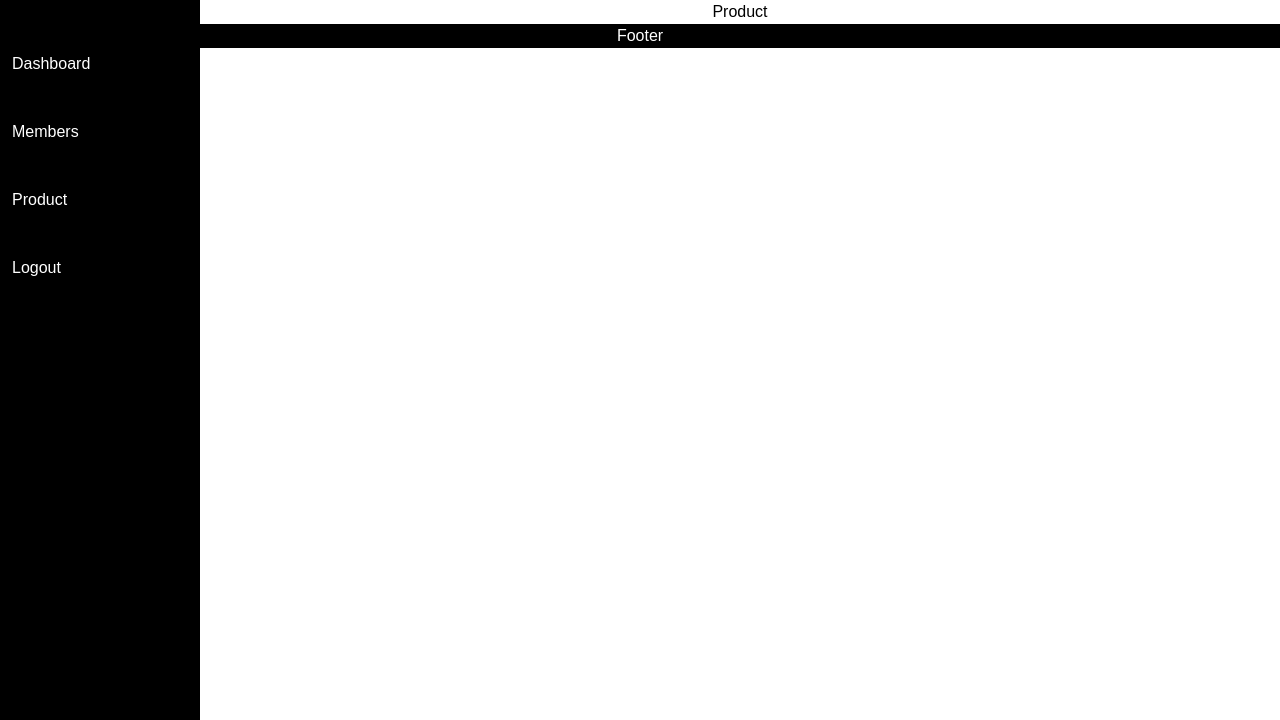
Repository: Eugene44-hub/SHRGroup46-capstone
Page: /product
The author's editor kept a copy of each file at every save. The page is drawn from the files as they stood at one save, then again after the next save.
The browser window is 1280 px wide. The pictures show the whole page.
The page's requests for data from a server got no answer. The project was rebuilt for these pictures with package versions that can differ from the ones it lists, and the page was loaded fresh each time. No one was signed in, and anything a server would have sent is missing. Also part of the build but not shown: src/pages/product/Product.module.css.

Above is the page before, as saved 2022-05-19 17:58:56.

### src/index.css
@tailwind base;
@tailwind components;
@tailwind utilities;
@import url('https://fonts.googleapis.com/css2?family=Poppins:wght@300;400;500;700&display=swap');
body {
    font-family: 'Poppins', sans-serif;
}

code {
    font-family: source-code-pro, Menlo, Monaco, Consolas, 'Courier New', monospace;
}

* {
    margin: 0;
    padding: 0;
    box-sizing: border-box;
}

@layer components {
    .tax {
        @apply text-sm font-medium
    }
    .taxPrice {
        @apply font-extralight
    }
}

### src/App.js
import React from 'react'
import { lazy, Suspense, useEffect, useState } from "react";
import { Route, Routes,BrowserRouter as Router } from "react-router-dom";
import loader from "./assests/images/loading.gif"
//read through comments on each component and pages to understand properly

// only tailwind and css modules are used in this project, any additional libraries should be told to the lead before installation

//Note: you can use normal import statement on the pages. Lazy load is for only Routing pages

// API's too have been fetched in utility folder you can import and use with the syntax below

import { fetchAllData,fetchCompanyQuantity,fetchPersonQuantity,fetchProductQuantity } from "./utilities/apis";
// fetchAllData(input endpoint here to fetch all data).then(data =>console.log(data) )
// fetchPersonQuantity(input quantity here to fetch an amount of data).then(data =>console.log(data) )
// fetchProductQuantity(input quantity here to fetch an amount of data).then(data =>console.log(data) )
// fetchCompanyQuantity(input quantity here to fetch an amount of data).then(data =>console.log(data) )

// endpoints are as follows:
// https://fakerapi.it/api/v1/products?_quantity=1
// https://fakerapi.it/api/v1/companies?_quantity=1
// https://fakerapi.it/api/v1/persons?_quantity=10
// https://fakerapi.it/api/v1/products
// https://fakerapi.it/api/v1/companies
// https://fakerapi.it/api/v1/persons

// check utilities folder for more details on the api functions

// happy coding


const Nav=lazy(()=>import('./components/nav/Nav'));
const Home=lazy(()=>import('./pages/home/Home'));
const Dashboard=lazy(()=>import('./pages/dashboard/Dashboard'))
const Members=lazy(()=>import('./pages/members/Members'))
const Product=lazy(()=>import('./pages/product/Product'))
const Login=lazy(()=>import('./pages/login/Login'))
const Footer=lazy(()=>import('./components/footer/Footer'))



const quantity = 12;

function App() {

  const[products, setProducts] = useState('')
  const [members,setMembers]=useState(null)

  useEffect(() => {
    fetchProductQuantity(quantity).then(data =>setProducts(data.data) )
    fetchAllData("https://fakerapi.it/api/v1/persons").then(data =>setMembers(data))
  }, [])

const [showNav,setShowNav]=useState(false)

const handleNav=()=>{
  setShowNav(!showNav)
}

  return (
    <div className="App">

<Suspense fallback={<div className='fixed h-full w-full flex'><img src={loader} className='m-auto' alt="" /></div>}>
  <Router>
  <Nav showNav={showNav} handleNav={handleNav}/>

    <div className='md:ml-[200px] ml-0'>
<Routes>
<Route path="/" element={<Home products={products}/>} />
<Route path="/product" element={<Product products = {products}/>} />
<Route path="/dashboard" element={<Dashboard/>} />
<Route path="/login" element={<Login/>} />
<Route path="/members" element={<Members members={members}/>} />
</Routes>
</div>
</Router>
<Footer/>
</Suspense>
    </div>
  );
}

export default App;

### src/utilities/apis.js
//this function takes in the url as an argument in string format

export const fetchAllData = async(url) => {
    const response = await fetch(url);
    const data = await response.json();
    return data;
}

//

// this part take in the quantity as an argument in integer format
export const fetchPersonQuantity = async(quantity) => {
    const response = await fetch(`https://fakerapi.it/api/v1/persons?_quantity=${quantity}`);
    const data = await response.json();
    return data;
}

export const fetchCompanyQuantity = async(quantity) => {

    const response = await fetch(`https://fakerapi.it/api/v1/companies?_quantity=${quantity}`);
    const data = await response.json();
    return data;
}

export const fetchProductQuantity = async(quantity) => {
    const response = await fetch(`https://fakerapi.it/api/v1/products?_quantity=${quantity}`);
    const data = await response.json();
    return data;
}



// https://fakerapi.it/api/v1/products?_quantity=1
// https://fakerapi.it/api/v1/companies?_quantity=1
// https://fakerapi.it/api/v1/persons?_quantity=10

### src/components/nav/Nav.jsx
import React from 'react'
import { useNavigate } from 'react-router-dom'
import {FaBars} from "react-icons/fa"
import styles from './Nav.module.css'
const navItems=[{
  item:'dashboard',
  url:'/'
},
{
  item:'members',
  url:'/members'
},
{
  item:'product',
  url:'/product'
},
{
  item:'logout',
  url:'/login'
}]
const Nav = ({showNav,handleNav}) => {
  const navigate=useNavigate()
  return (
    <nav className={`${styles.nav}`}>
      <header className='p-5 text-white justify-between md:hidden flex'>
      <h1 className='flex-1'>
        <p className='text-center font-bold uppercase'>
        Group46 capstone

        </p>
      </h1>

      <button onClick={handleNav} className=''>
 <FaBars/>
      </button>
      </header>

      <div  className={`fixed md:w-[200px] overflow-hidden transition-all ${showNav?"w-[200px]":"w-[0px]"} bg-black z-50 pt-5 top-0 h-full`}>
      <ul>

{navItems.map((navItem,index)=>(<li className='my-5 p-3 transition-all hover:bg-gray-200 hover:text-black'>
  <button className='capitalize ' onClick={()=>{navigate(navItem.url); handleNav()}}>{navItem.item}</button>
</li>))}
<li>

</li>
</ul>
      </div>

    </nav>
  )
}

export default Nav

### src/pages/product/Product.jsx
import React from 'react'
//components should be imported from here if needed
// make use of your normal import statement here to import components
// make use of the css module folder or tailwind or you can use inline styles
// check the sample on nav and footer for css modules


const Product = () => {
  return (
    <div className='text-center'>Product</div>
  )
}

export default Product

### src/components/footer/Footer.jsx
import React from 'react'
import styles from "./Footer.module.css"
const Footer = () => {
  return (
    <footer className={styles.footer}>Footer</footer>
  )
}

export default Footer

### src/components/nav/Nav.module.css
/** @format */

nav {
    /* height: 300px; */
    background-color: black;
    color: white;
}

### src/components/footer/Footer.module.css
/** @format */

footer {
  /* height: 300px; */
  background-color: black;
  color: white;
  text-align: center;
}

Loaded but not shown: public/index.html (common file); src/index.js (common file); tailwind.config.js (common file)

After the next save:
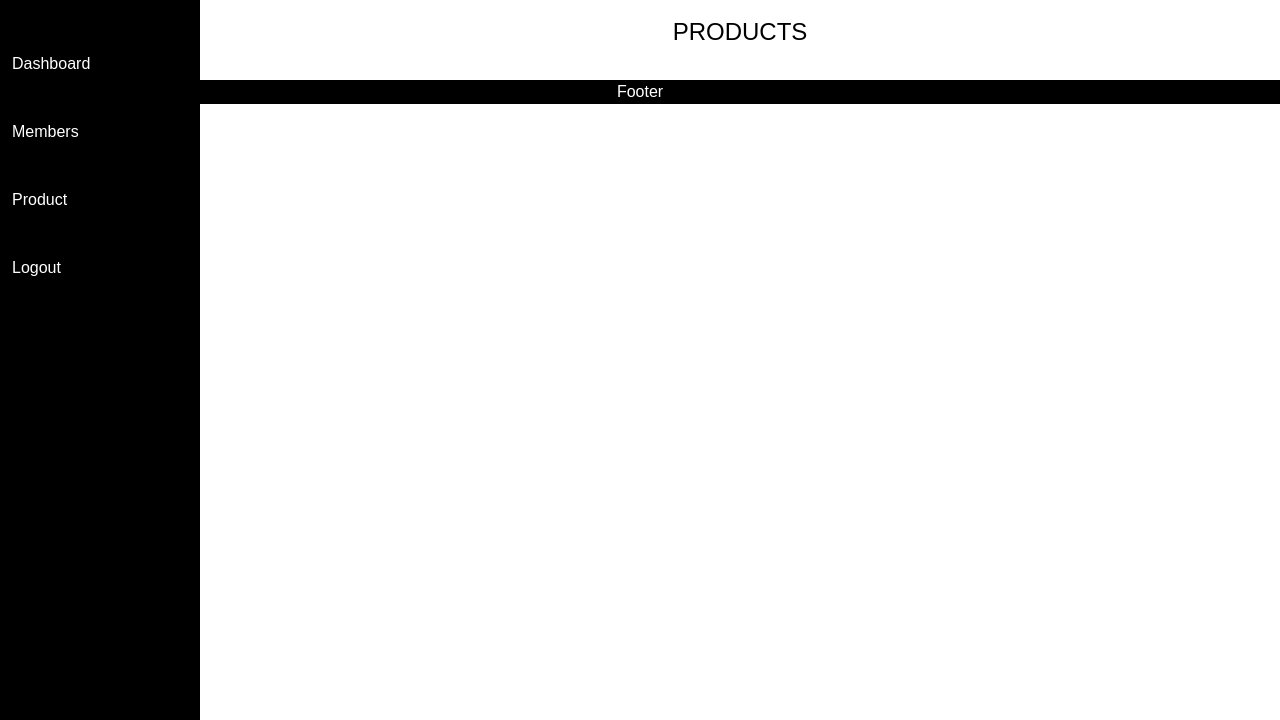
Saved 3 s later.
--- a/src/pages/product/Product.jsx
+++ b/src/pages/product/Product.jsx
@@ -1,13 +1,49 @@
 import React from 'react'
+import Currency from 'react-currency-formatter';
+import styles from './Product.module.css'
 //components should be imported from here if needed
 // make use of your normal import statement here to import components
 // make use of the css module folder or tailwind or you can use inline styles
 // check the sample on nav and footer for css modules
 
+const Product = ({products}) => {
 
-const Product = () => {
+
   return (
-    <div className='text-center'>Product</div>
+    <section>
+     <h1 className='text-center text-2xl font-medium my-4'>PRODUCTS</h1>
+      <div className='m-4 grid sm:grid-cols-2 md:grid-cols-3 xl:grid-cols-4 gap-5'>
+        {products && products.map((product) => (
+           <div className={`${styles.container} pt-5  flex flex-col items-center justify-center rounded-md hover:bg-gray-100 transition-all duration-300  hover:scale-95`} key={product.id}>
+                <div className=''>
+                    <img src={product.image} className="w-[100px] h-[100px] bg-transparent rounded-full" alt="/" />
+                </div>
+                <div className='px-2 mt-5 w-full'>
+                  <div className='flex items-center px-2 rounded-md justify-between py-1 bg-gray-100'>
+                      <p className='tax'>Product Name</p>
+                      <p className='taxPrice'>{product.name.substring(0, 15)}</p>
+                  </div>
+                  <div className='flex items-center px-2 bg-white rounded-md justify-between py-1 '>
+                      <p className='tax'>Price</p>
+                      <p className='taxPrice'><Currency quantity={product.price} currency="NGN" /></p>
+                  </div>
+                  <div className='flex items-center px-2 rounded-md justify-between py-1 bg-gray-100'>
+                      <p className='tax'>Net Price</p>
+                      <p className='taxPrice'><Currency quantity={product.net_price} currency="NGN" /></p>
+                  </div>
+                  <div className='flex items-center px-2 rounded-md bg-white justify-between py-1 text-red-600'>
+                      <p className='tax'>Tax</p>
+                      <p className='taxPrice'><Currency quantity={product.taxes} currency="NGN" /></p>
+                  </div>
+
+                </div>
+            </div>
+        ))}
+
+
+
+      </div>
+    </section>
   )
 }
 
